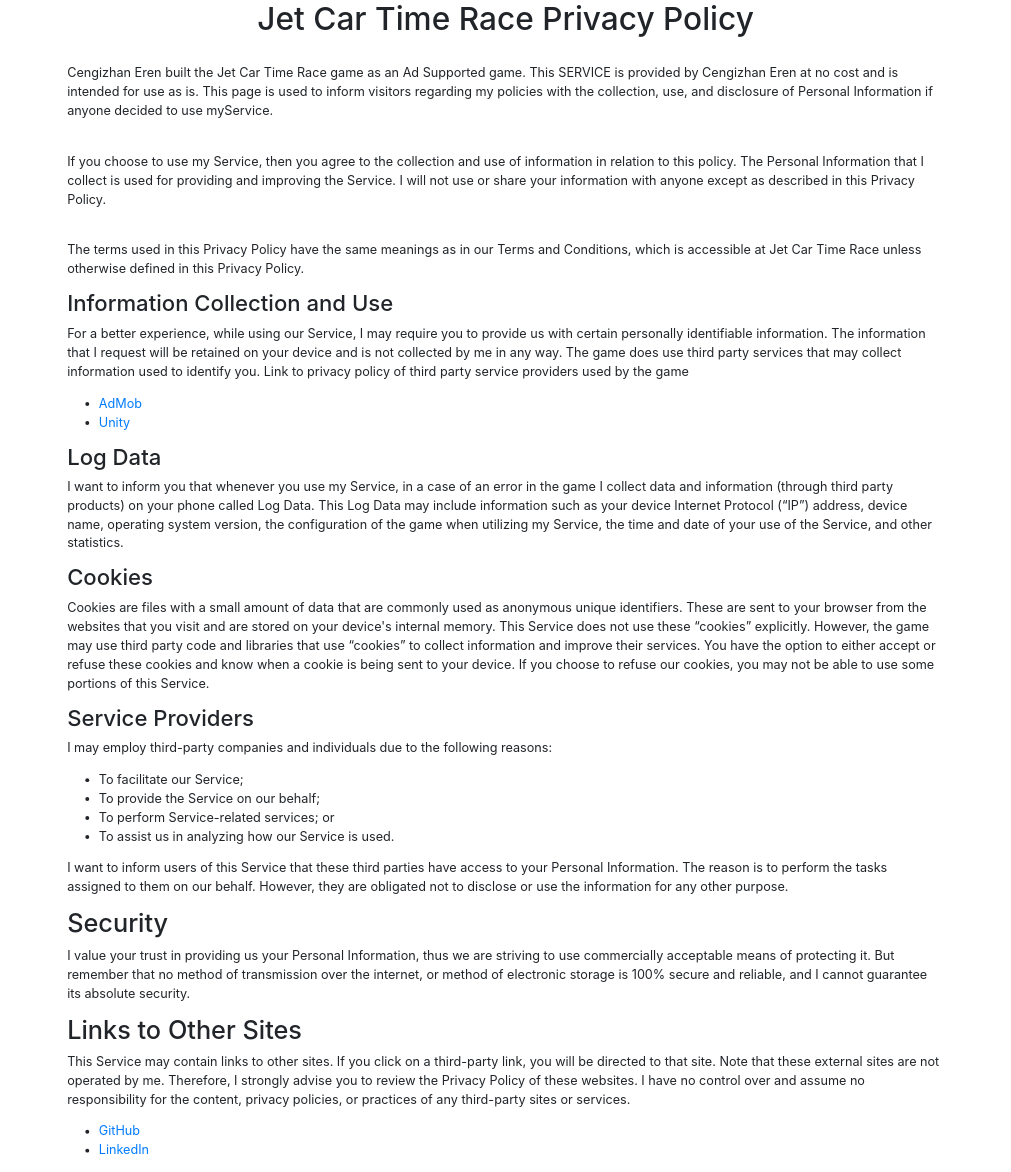
Repository: CengoCengo/cengocengo.github.io
Page: jetcartimeraceprivacypolicy.html
An editor plug-in stored every save of this project. The page is shown before and after the next save, followed by the edit.
The browser window is 1280 px wide. The pictures show the whole page, at 79% of full size.

Above is the page before, as saved 2022-10-11 14:47:45.

### jetcartimeraceprivacypolicy.html
<!DOCTYPE html>
<html lang="en">
<head>
    <meta charset="UTF-8">
    <meta http-equiv="X-UA-Compatible" content="IE=edge">
    <meta name="viewport" content="width=device-width, initial-scale=1, user-scalable=no">
    <link rel="stylesheet" href="https://cdn.jsdelivr.net/npm/bootstrap@4.3.1/dist/css/bootstrap.min.css" integrity="sha384-ggOyR0iXCbMQv3Xipma34MD+dH/1fQ784/j6cY/iJTQUOhcWr7x9JvoRxT2MZw1T" crossorigin="anonymous">

    <!-- <script>
        var firstClick = false
        document.onclick= function(event) {
            if(firstClick == false) {
                var audio = document.createElement("AUDIO")
                audio.setAttribute('id','audioId');
                document.body.appendChild(audio);
                audio.src = "startup.mp3"
                audio.play()
            }
            firstClick = true
        }
    </script> -->


    <title>Jet Car Time Race Privacy Policy</title>
</head>
<body>

    <body class="container">

			<div id="main">
				<!-- Header -->
					<header id="header">
						<h1 class ="text-center">  Jet Car Time Race Privacy Policy </h1>
                        <br>
        				<p>Cengizhan Eren built the Jet Car Time Race game as an Ad Supported game. This SERVICE is provided by Cengizhan Eren at no cost and is intended for use as is. This page is used to inform visitors regarding my policies with the collection, use, and disclosure of Personal Information if anyone decided to use myService.</p> <br>
                        <p>
                            If you choose to use my Service, then you agree to the collection and use of information in relation to this policy. The Personal Information that I
collect is used for providing and improving the Service. I will not use or share your information with anyone except as described in this Privacy Policy.
                        </p>    <br>

                        <p>
                            The terms used in this Privacy Policy have the same meanings as in our Terms and Conditions, which is accessible at Jet Car Time Race unless
otherwise defined in this Privacy Policy.
                        </p>

                        <h3 >
                            Information Collection and Use
                        </h3>

                        <p>
                            For a better experience, while using our Service, I may require you to provide us with certain personally identifiable information. The information that I
request will be retained on your device and is not collected by me in any way.
The game does use third party services that may collect information used to identify you.
Link to privacy policy of third party service providers used by the game
                        </p>

                        <ul>
                            <li><a href="https://support.google.com/admob/answer/6128543?hl=en" target="_blank" class="icon brands fa-github"><span>AdMob</span></a></li>
							<li><a href="https://unity.com/legal/privacy-policy" target="_blank" class="icon brands fa-linkedin"><span>Unity</span></a></li>
                        </ul>

                        <h3>Log Data</h3>
                        <p>
                            I want to inform you that whenever you use my Service, in a case of an error in the game I collect data and information (through third party products)
on your phone called Log Data. This Log Data may include information such as your device Internet Protocol (“IP”) address, device name, operating
system version, the configuration of the game when utilizing my Service, the time and date of your use of the Service, and other statistics.
                        </p>

                        <h3>Cookies</h3>
                        <p>
                            Cookies are files with a small amount of data that are commonly used as anonymous unique identifiers. These are sent to your browser from the
websites that you visit and are stored on your device's internal memory.
This Service does not use these “cookies” explicitly. However, the game may use third party code and libraries that use “cookies” to collect information
and improve their services. You have the option to either accept or refuse these cookies and know when a cookie is being sent to your device. If you
choose to refuse our cookies, you may not be able to use some portions of this Service.
                        </p>

                        <h3>Service Providers</h3>
                        <p>
                            I may employ third-party companies and individuals due to the following reasons:
                        </p>

                        <ul>
                            <li>To facilitate our Service;</li>
                            <li>To provide the Service on our behalf;</li>
                            <li>To perform Service-related services; or </li>
                            <li>To assist us in analyzing how our Service is used.

                         </ul>

                        <p>
                            I want to inform users of this Service that these third parties have access to your Personal Information. The reason is to perform the tasks assigned to
them on our behalf. However, they are obligated not to disclose or use the information for any other purpose.
                        </p>

                        <h2>
                            Security
                        </h2>
                        <p>
                            I value your trust in providing us your Personal Information, thus we are striving to use commercially acceptable means of protecting it. But remember
that no method of transmission over the internet, or method of electronic storage is 100% secure and reliable, and I cannot guarantee its absolute
security.
                        </p>

                        <h2>
                            Links to Other Sites
                        </h2>
                        <p>
                            This Service may contain links to other sites. If you click on a third-party link, you will be directed to that site. Note that these external sites are not
operated by me. Therefore, I strongly advise you to review the Privacy Policy of these websites. I have no control over and assume no responsibility for
the content, privacy policies, or practices of any third-party sites or services.
                        </p>




						<nav>
							<ul>
								<li><a href="https://github.com/cengocengo" target="_blank" class="icon brands fa-github"><span>GitHub</span></a></li>
								<li><a href="https://www.linkedin.com/in/cengizhan-eren" target="_blank" class="icon brands fa-linkedin"><span>LinkedIn</span></a></li>
							</ul>
						</nav>
					</header>
			</div>

        <script src="https://code.jquery.com/jquery-3.3.1.slim.min.js" integrity="sha384-q8i/X+965DzO0rT7abK41JStQIAqVgRVzpbzo5smXKp4YfRvH+8abtTE1Pi6jizo" crossorigin="anonymous"></script>
        <script src="https://cdn.jsdelivr.net/npm/popper.js@1.14.7/dist/umd/popper.min.js" integrity="sha384-UO2eT0CpHqdSJQ6hJty5KVphtPhzWj9WO1clHTMGa3JDZwrnQq4sF86dIHNDz0W1" crossorigin="anonymous"></script>
        <script src="https://cdn.jsdelivr.net/npm/bootstrap@4.3.1/dist/js/bootstrap.min.js" integrity="sha384-JjSmVgyd0p3pXB1rRibZUAYoIIy6OrQ6VrjIEaFf/nJGzIxFDsf4x0xIM+B07jRM" crossorigin="anonymous"></script>
</body>
</html>

After the next save:
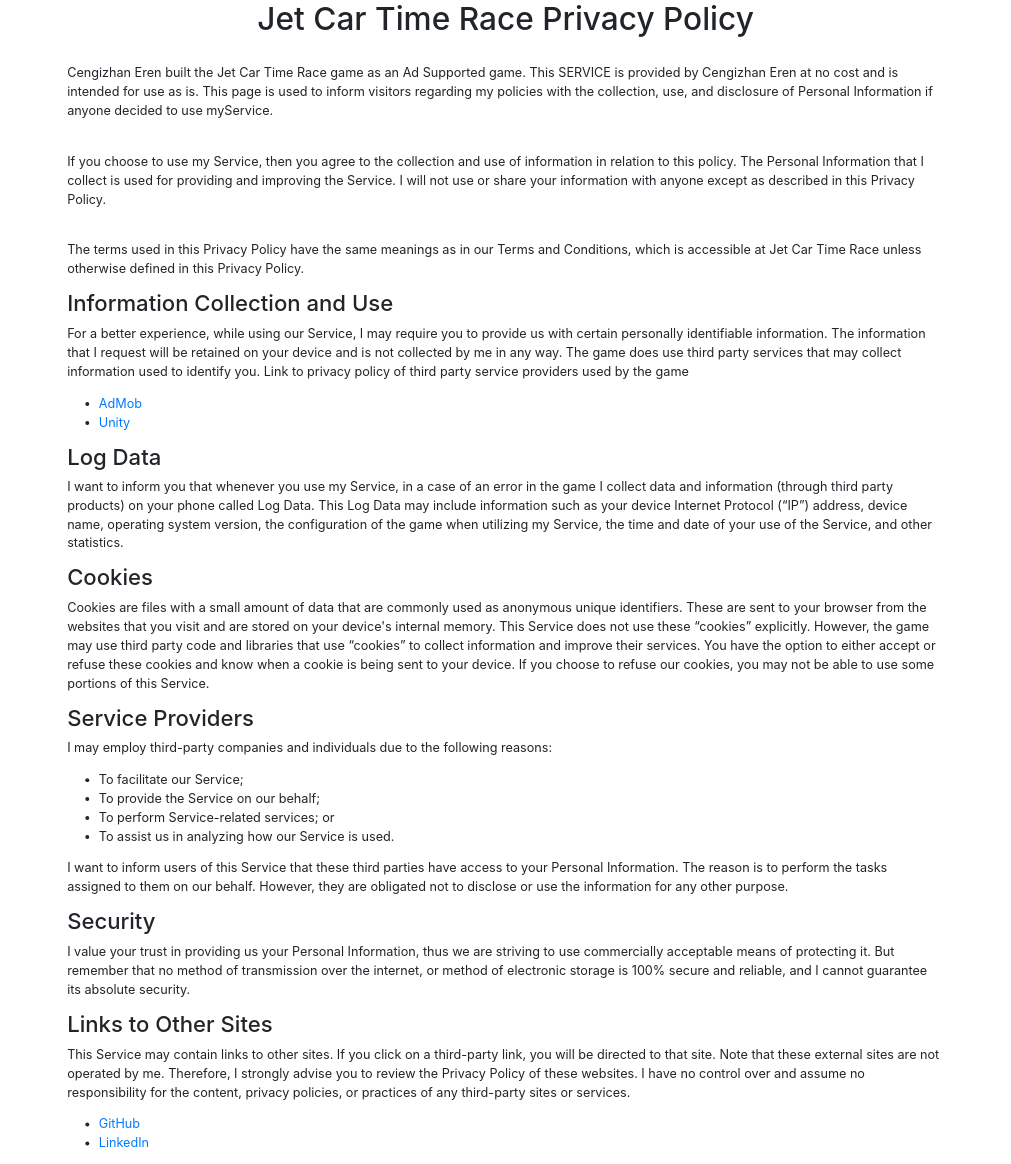
Saved 18 s later.
--- a/jetcartimeraceprivacypolicy.html
+++ b/jetcartimeraceprivacypolicy.html
@@ -93,18 +93,18 @@
 them on our behalf. However, they are obligated not to disclose or use the information for any other purpose.
                         </p>
 
-                        <h2>
+                        <h3>
                             Security
-                        </h2>
+                        </h3>
                         <p>
                             I value your trust in providing us your Personal Information, thus we are striving to use commercially acceptable means of protecting it. But remember
 that no method of transmission over the internet, or method of electronic storage is 100% secure and reliable, and I cannot guarantee its absolute
 security.
                         </p>
 
-                        <h2>
+                        <h3>
                             Links to Other Sites
-                        </h2>
+                        </h3>
                         <p>
                             This Service may contain links to other sites. If you click on a third-party link, you will be directed to that site. Note that these external sites are not
 operated by me. Therefore, I strongly advise you to review the Privacy Policy of these websites. I have no control over and assume no responsibility for
